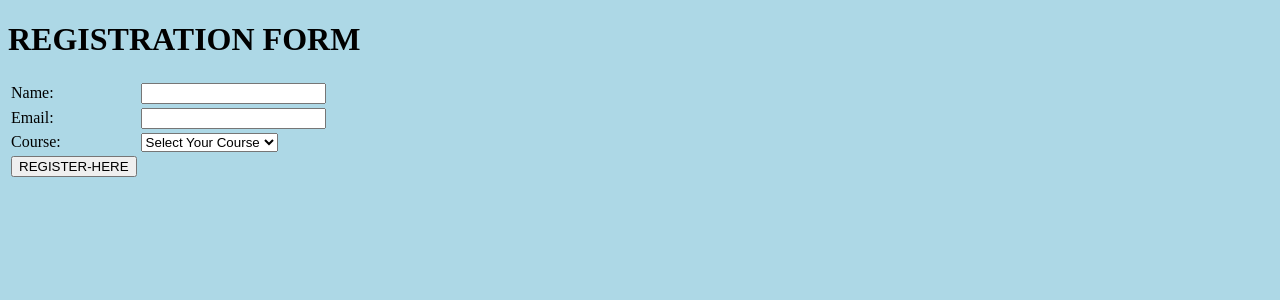
Repository: SurajPawar15-smart/JAVAProjects
Page: 14.FilterExample/WebContent/index.html
These files come from the project's save history. The page is drawn as it stood at one moment and after the next save; the edit follows.
The browser window is 1280 px wide. The pictures show the whole page.

Above is the page before, as saved 2020-09-28 08:38:02.

After the next save:
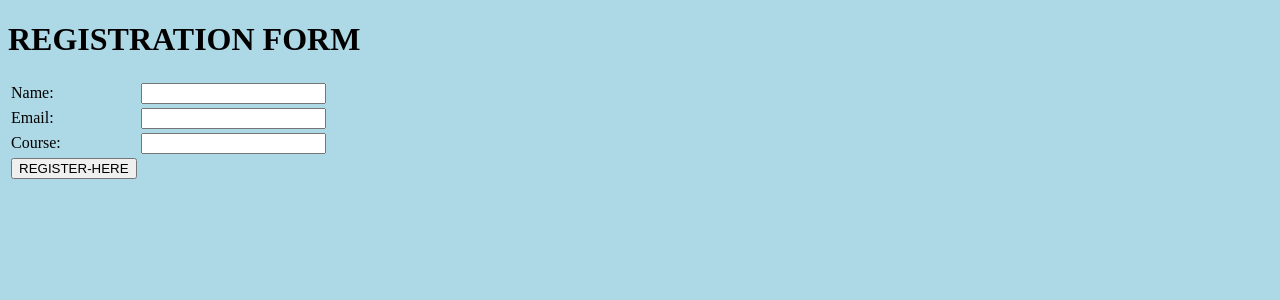
Saved 6 min 41 s later.
--- a/14.FilterExample/WebContent/index.html
+++ b/14.FilterExample/WebContent/index.html
@@ -29,14 +29,7 @@ border:1;
 
 <tr>
 <td>Course:</td>
-<td><select name="course">
-<option>Select Your Course</option>
-<option>Java Beginning</option>
-<option>Java Advance</option>
-<option>Java EE</option>
-<option>Java Framework</option>
-</select>
-</td>
+<td><input type="text" name="course"></td>
 </tr>
 
 <tr>
